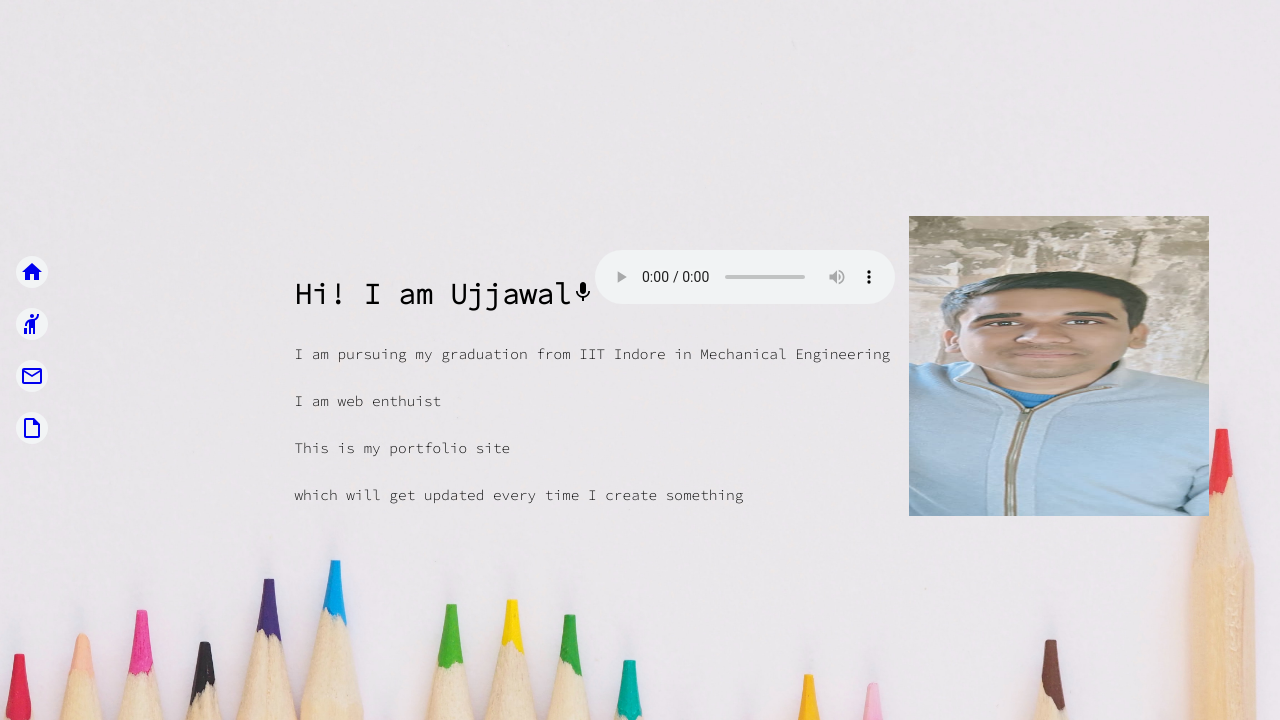
Repository: ujjawalmittal55/portfolio1
Page: /about
An editor plug-in stored every save of this project. The page is shown before and after the next save, followed by the edit.
The browser window is 1280 px wide. The pictures show the whole page.
The project was rebuilt for these pictures with package versions that can differ from the ones it lists, and the page was loaded fresh each time. Also part of the build but not shown: src/display.css, src/Display.tsx, src/Document.jsx, src/contact.css, src/Contact.jsx.

Above is the page before, as saved 2022-05-06 18:29:42.

After the next save:
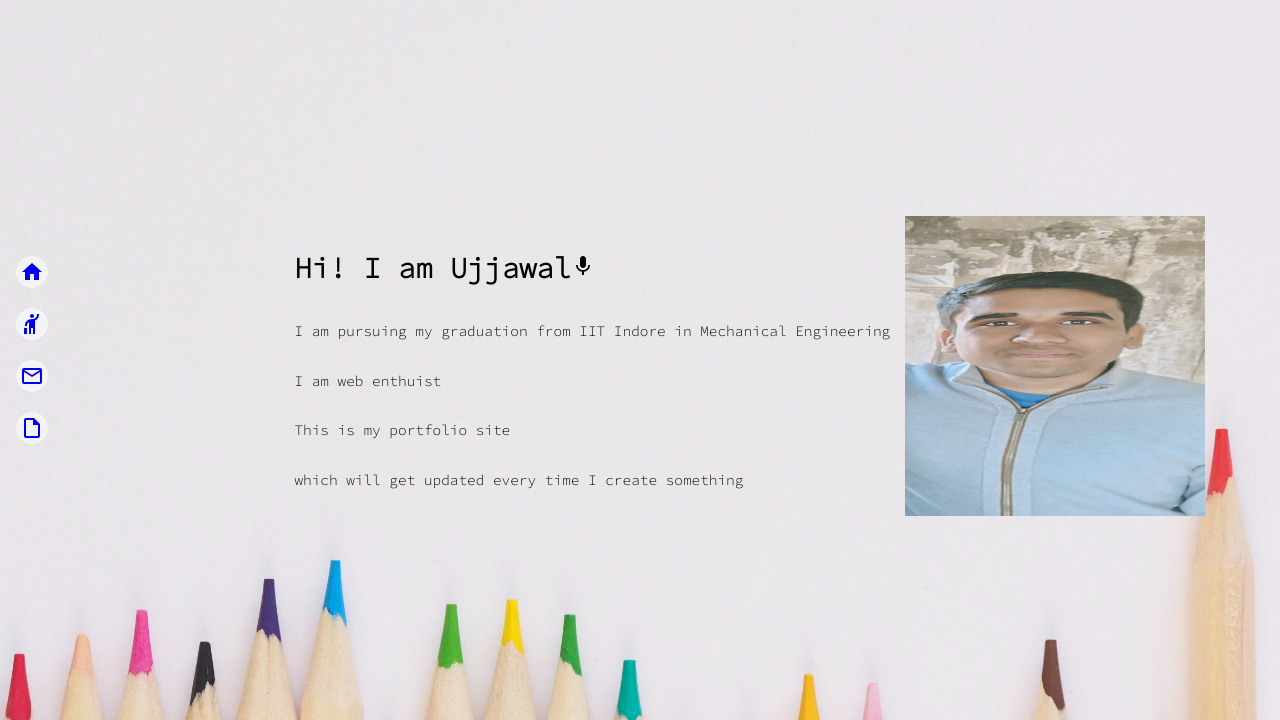
Saved 4 min 7 s later.
--- a/src/About.jsx
+++ b/src/About.jsx
@@ -2,9 +2,9 @@ import React from "react";
 import { Mic } from "@mui/icons-material";
 import "./about.css";
 function About() {
+  let audio = new Audio("/name.mp3");
   const play = () => {
-    console.log(document.getElementById("name_audio"));
-    document.getElementById("name_audio").play();
+    audio.play();
   };
   return (
     <div className="about">
@@ -13,9 +13,6 @@ function About() {
           <span className="nowrap">
             Hi! I am Ujjawal
             <Mic onClick={play} />
-            <audio id="name_audio" controls>
-              <source src="/public/name.mp3"></source>{" "}
-            </audio>
           </span>
         </h1>
         <p>
